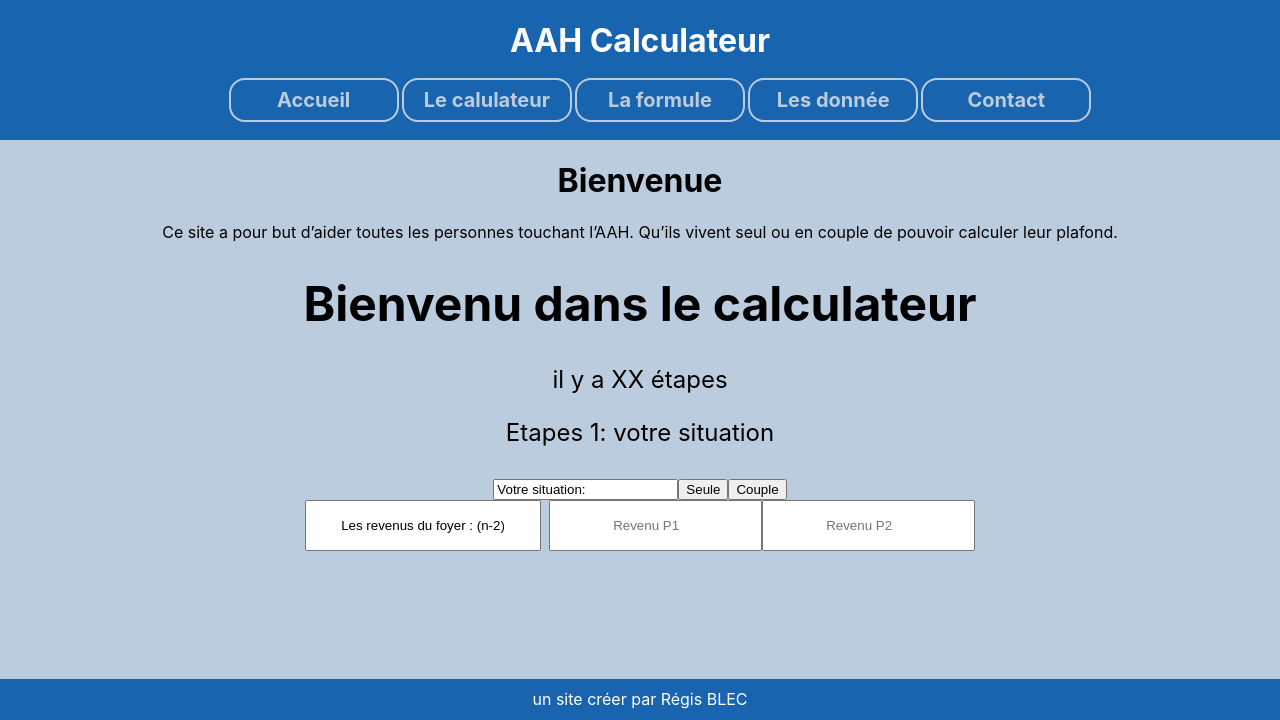
Repository: Cide74/calculateur-aah
Page: /
An editor plug-in stored every save of this project. The page is shown before and after the next save, followed by the edit.
The browser window is 1280 px wide. The pictures show the whole page.
The project was rebuilt for these pictures with package versions that can differ from the ones it lists, and the page was loaded fresh each time.

Above is the page before, as saved 2021-04-05 18:19:02.

After the next save:
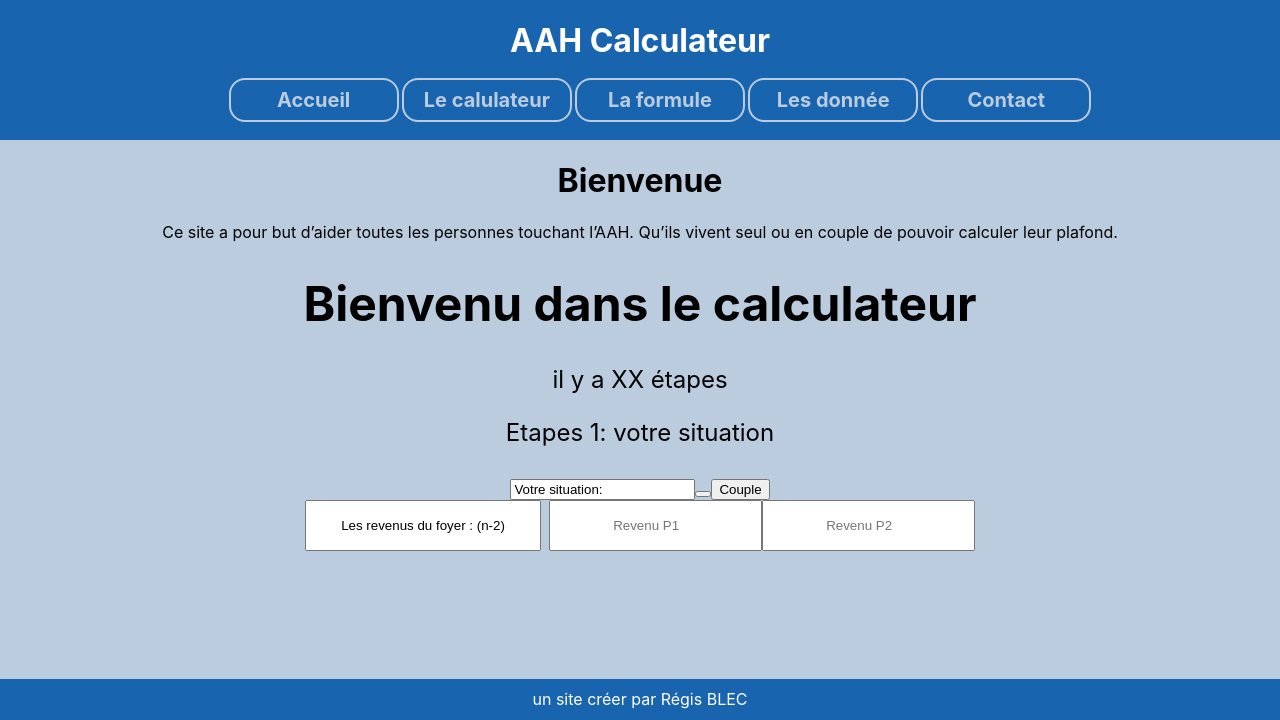
Saved 9 s later.
--- a/src/components/Calculator/Calculator.js
+++ b/src/components/Calculator/Calculator.js
@@ -24,7 +24,7 @@
             />
             <Button
               className='form-situation-seule'
-              content='Seule'
+              value='Seule'
               name='Seule' />
             <Button className='form-situation-couple' content='Couple' Couple />
 

After the save that followed:
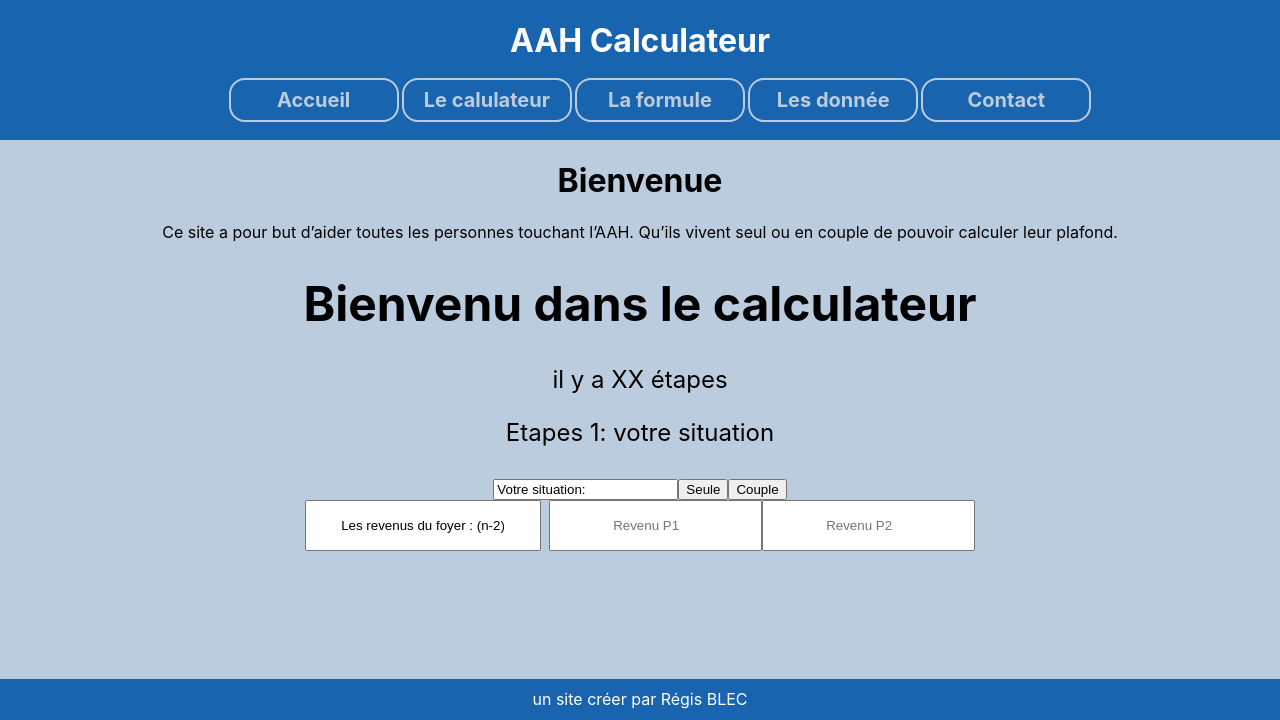
Saved 5 s later.
--- a/src/components/Calculator/Calculator.js
+++ b/src/components/Calculator/Calculator.js
@@ -24,7 +24,7 @@
             />
             <Button
               className='form-situation-seule'
-              value='Seule'
+              content='Seule'
               name='Seule' />
             <Button className='form-situation-couple' content='Couple' Couple />
 
